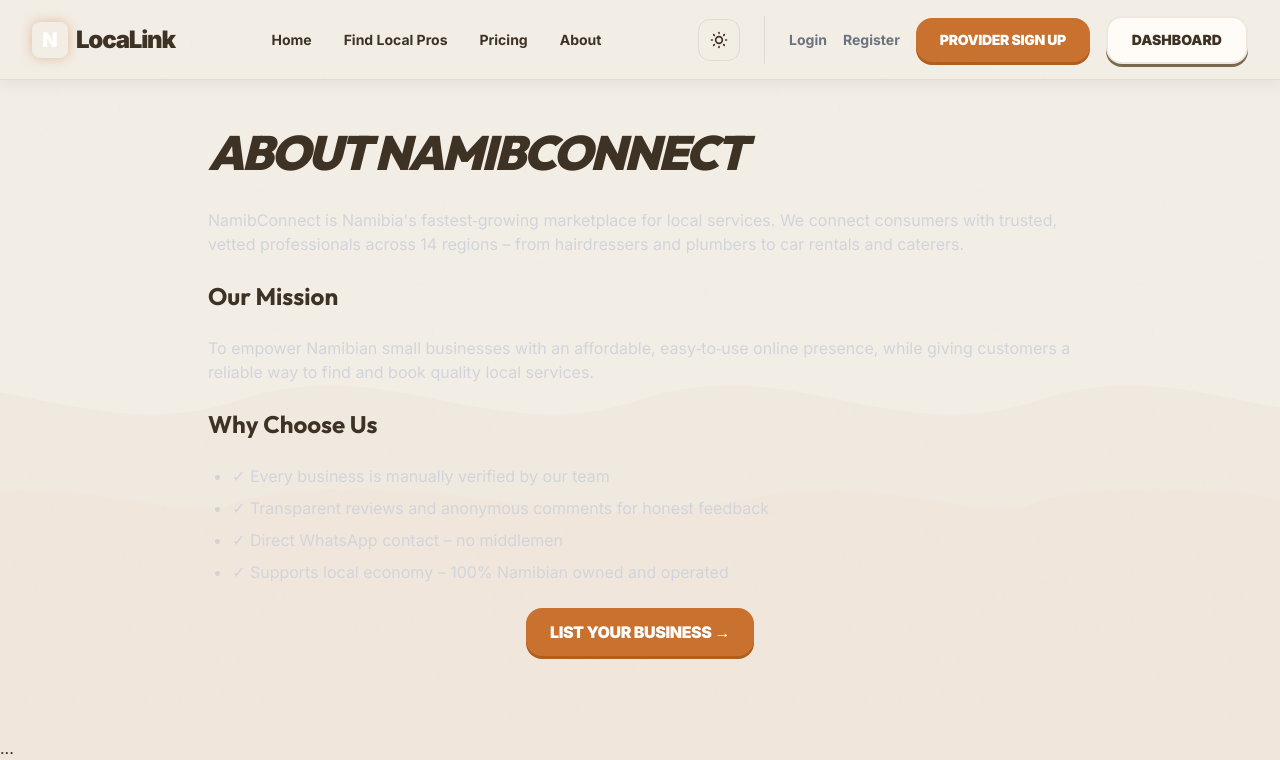
Repository: Paavo12/Localink
Page: frontend/about.html
These files come from the project's save history. The page is drawn as it stood at one moment and after the next save; the edit follows.
The browser window is 1280 px wide. The pictures show the whole page.
Backgrounds fixed to the window are drawn as part of the page. Some web libraries are served in a nearby version.

Above is the page before, as saved 2026-06-12 10:06:20.

### frontend/about.html
<!DOCTYPE html>
<html lang="en">
<head>
  <meta charset="UTF-8">
  <title>About – LocaLink</title>
  <script src="https://cdn.tailwindcss.com"></script>
  <link rel="stylesheet" href="styles.css">
  <script src="script.js" defer></script>
</head>
<body class="bg-[var(--bg-main)] text-[var(--text-main)]">

<nav class="fixed top-0 left-0 right-0 z-50 glass-nav h-20">
  <div class="max-w-7xl mx-auto px-4 sm:px-6 lg:px-8 h-full">
    <div class="flex justify-between h-full items-center">
      <a href="index.html" class="flex items-center gap-2 group">
        <div class="w-9 h-9 bg-accent rounded-lg flex items-center justify-center transition-transform group-hover:rotate-12 shadow-neon">
          <span class="text-white font-display font-black text-xl">N</span>
        </div>
        <span class="font-display font-black text-2xl tracking-tighter text-[var(--text-main)]">LocaLink</span>
      </a>
      <div class="hidden md:flex items-center gap-8">
        <a href="index.html" class="text-sm font-bold HOME_CLASS">Home</a>
        <a href="search.html" class="text-sm font-bold SEARCH_CLASS">Find Local Pros</a>
        <a href="pricing.html" class="text-sm font-bold PRICING_CLASS">Pricing</a>
        <a href="about.html" class="text-sm font-bold ABOUT_CLASS">About</a>
      </div>
      <div class="hidden md:flex items-center gap-6">
        <button id="themeToggle" class="p-2.5 rounded-xl border border-[var(--border-main)] text-[var(--text-main)] hover:bg-[var(--border-main)] transition-all">
          <svg class="w-5 h-5 dark:hidden" fill="none" stroke="currentColor" viewBox="0 0 24 24"><path stroke-linecap="round" stroke-linejoin="round" stroke-width="2" d="M12 3v1m0 16v1m9-9h-1M4 12H3m15.364 6.364l-.707-.707M6.343 6.343l-.707-.707m12.728 0l-.707.707M6.343 17.657l-.707.707M16 12a4 4 0 11-8 0 4 4 0 018 0z"></path></svg>
          <svg class="w-5 h-5 hidden dark:block" fill="none" stroke="currentColor" viewBox="0 0 24 24"><path stroke-linecap="round" stroke-linejoin="round" stroke-width="2" d="M20.354 15.354A9 9 0 018.646 3.646 9.003 9.003 0 0012 21a9.003 9.003 0 008.354-5.646z"></path></svg>
        </button>
        <div class="flex items-center gap-4 border-l border-[var(--border-main)] pl-6">
          <a href="login.html" class="text-sm font-bold text-gray-500 hover:text-[var(--text-main)] transition-colors">Login</a>
          <a href="register.html" class="text-sm font-bold text-gray-500 hover:text-[var(--text-main)] transition-colors">Register</a>
          <a href="register-provider.html" class="btn-primary text-sm">Provider Sign Up</a>
          <a href="dashboard.html" class="btn-secondary text-sm">Dashboard</a>
        </div>
      </div>
      <div class="md:hidden">
        <button id="mobileMenuBtn" class="p-2">
          <svg class="w-6 h-6" fill="none" stroke="currentColor" viewBox="0 0 24 24"><path stroke-linecap="round" stroke-linejoin="round" stroke-width="2" d="M4 6h16M4 12h16M4 18h16"></path></svg>
        </button>
      </div>
    </div>
  </div>
  <div id="mobileMenu" class="hidden md:hidden bg-[var(--card-bg)] border-t border-[var(--border-main)]">
    <div class="px-4 py-6 space-y-4">
      <a href="search.html" class="block text-lg font-medium">Find Services</a>
      <a href="pricing.html" class="block text-lg font-medium">Pricing</a>
      <a href="about.html" class="block text-lg font-medium">About</a>
      <a href="login.html" class="block text-lg font-medium">Login</a>
      <a href="register.html" class="block text-lg font-medium">Register</a>
      <a href="register-provider.html" class="block text-lg font-medium text-accent font-bold">Provider Sign Up</a>
      <a href="dashboard.html" class="block btn-primary text-center">Dashboard</a>
    </div>
  </div>
</nav>

  <main class="pt-32 pb-20 max-w-4xl mx-auto px-4">
    <h1 class="text-5xl font-black uppercase italic tracking-tighter mb-8">About NamibConnect</h1>
    <div class="prose prose-invert max-w-none space-y-6 text-gray-300">
      <p>NamibConnect is Namibia's fastest‑growing marketplace for local services. We connect consumers with trusted, vetted professionals across 14 regions – from hairdressers and plumbers to car rentals and caterers.</p>
      <h2 class="text-2xl font-bold text-[var(--text-main)] mt-8">Our Mission</h2>
      <p>To empower Namibian small businesses with an affordable, easy‑to‑use online presence, while giving customers a reliable way to find and book quality local services.</p>
      <h2 class="text-2xl font-bold text-[var(--text-main)] mt-8">Why Choose Us</h2>
      <ul class="list-disc pl-6 space-y-2">
        <li>✓ Every business is manually verified by our team</li>
        <li>✓ Transparent reviews and anonymous comments for honest feedback</li>
        <li>✓ Direct WhatsApp contact – no middlemen</li>
        <li>✓ Supports local economy – 100% Namibian owned and operated</li>
      </ul>
      <div class="mt-12 text-center"><a href="checkout.html" class="btn-primary">List Your Business →</a></div>
    </div>
  </main>

  <footer>...</footer>
</body>
</html>

### frontend/styles.css
/* styles.css – Warm Earth Theme + Wavy Dune Pattern */
@import url('https://fonts.googleapis.com/css2?family=Inter:opsz,wght@14..32,100..900&family=Outfit:wght@100..900&display=swap');

/* ========== LIGHT MODE (Muted Warm Beige – Easy on Eyes) ========== */
:root {
  --bg-main: #f2ede5;
  --bg-card: #fffcf8;
  --bg-nav: rgba(242, 237, 229, 0.96);
  --text-main: #3d3224;
  --text-muted: #7a684f;
  --border-main: rgba(120, 80, 50, 0.12);
  --accent-color: #c9712e;
  --accent-hover: #b05e1c;
  --accent-light: rgba(201, 113, 46, 0.12);
  --shadow: 0 6px 14px rgba(0, 0, 0, 0.05);
}

/* ========== DARK MODE (Warm Charcoal + Amber) ========== */
.dark {
  --bg-main: #1a1712;
  --bg-card: #2c2822;
  --bg-nav: rgba(26, 23, 18, 0.96);
  --text-main: #f0e6d8;
  --text-muted: #c9b58a;
  --border-main: rgba(193, 106, 43, 0.25);
  --accent-color: #e68a2e;
  --accent-hover: #f09d48;
  --accent-light: rgba(230, 138, 46, 0.15);
  --shadow: 0 8px 20px rgba(0, 0, 0, 0.3);
}

/* ========== BASE STYLES WITH WAVY DUNE PATTERN ========== */
body {
  background-color: var(--bg-main);
  /* Wavy dune SVG pattern – very subtle, repeats */
  background-image: url("data:[embedded picture, 349 characters]");
  background-repeat: repeat;
  background-size: 800px 800px;
  background-attachment: fixed;
  color: var(--text-main);
  transition: background-color 0.3s, color 0.3s;
  font-family: 'Inter', sans-serif;
}

h1, h2, h3, h4, h5, h6 {
  font-family: 'Outfit', sans-serif;
}

/* Navigation */
.glass-nav {
  background-color: var(--bg-nav);
  backdrop-filter: blur(12px);
  border-bottom: 1px solid var(--border-main);
  box-shadow: var(--shadow);
}

/* Cards */
.bg-\[var\(--card-bg\)\], .card,
.border-\[var\(--border-main\)\] {
  transition: background-color 0.2s, border-color 0.2s;
}

/* Search bar */
.bold-search {
  display: flex;
  align-items: center;
  background-color: var(--bg-card);
  border: 2px solid var(--border-main);
  border-radius: 1.5rem;
  box-shadow: 4px 4px 0 0 rgba(201, 113, 46, 0.08);
  transition: all 0.2s;
}
.bold-search:focus-within {
  box-shadow: 6px 6px 0 0 rgba(201, 113, 46, 0.12);
}

/* Buttons */
.btn-primary {
  background-color: var(--accent-color);
  color: white;
  padding: 0.75rem 1.5rem;
  border-radius: 1rem;
  font-weight: 900;
  text-transform: uppercase;
  letter-spacing: -0.025em;
  transition: all 0.2s;
  box-shadow: 0 3px 0 var(--accent-hover);
  display: inline-block;
  text-align: center;
}
.btn-primary:hover {
  background-color: var(--accent-hover);
  transform: translateY(-2px);
  box-shadow: 0 1px 0 var(--accent-hover);
}

.btn-secondary {
  background-color: var(--bg-card);
  border: 2px solid var(--border-main);
  color: var(--text-main);
  padding: 0.75rem 1.5rem;
  border-radius: 1rem;
  font-weight: 900;
  text-transform: uppercase;
  transition: all 0.2s;
  box-shadow: 0 3px 0 var(--text-muted);
  display: inline-block;
  text-align: center;
}
.btn-secondary:hover {
  transform: translateY(-2px);
  box-shadow: 0 1px 0 var(--text-muted);
}

.shadow-neon {
  box-shadow: 0 0 12px rgba(201, 113, 46, 0.4);
}

.badge-verified {
  background-color: var(--accent-light);
  color: var(--accent-color);
  font-size: 0.625rem;
  font-weight: 900;
  padding: 0.25rem 0.5rem;
  border-radius: 9999px;
  text-transform: uppercase;
  letter-spacing: 0.05em;
}

.transition-all {
  transition-property: all;
  transition-timing-function: cubic-bezier(0.4, 0, 0.2, 1);
  transition-duration: 0.2s;
}

/* Forms */
.quote-form input, .quote-form textarea,
input, textarea, select {
  background-color: var(--bg-card);
  border: 1px solid var(--border-main);
  border-radius: 1rem;
  padding: 0.75rem 1rem;
  color: var(--text-main);
  font-weight: 500;
  width: 100%;
}
.quote-form input:focus, .quote-form textarea:focus,
input:focus, textarea:focus, select:focus {
  outline: none;
  border-color: var(--accent-color);
  box-shadow: 0 0 0 2px var(--accent-light);
}

input[type="time"] {
  appearance: none;
  -webkit-appearance: none;
  background-color: var(--bg-card);
  color: var(--text-main);
  border: 1px solid var(--border-main);
  border-radius: 0.75rem;
  padding: 0.5rem;
  font-family: inherit;
}
input[type="time"]::-webkit-calendar-picker-indicator {
  filter: invert(0.5);
  cursor: pointer;
}
.dark input[type="time"]::-webkit-calendar-picker-indicator {
  filter: invert(0.8);
}

/* Optional: subtle noise texture (keeps warm feel) */
body::after {
  content: '';
  position: fixed;
  top: 0;
  left: 0;
  width: 100%;
  height: 100%;
  pointer-events: none;
  background-image: url("data:[embedded picture, 306 characters]");
  background-repeat: repeat;
  z-index: 9999;
  pointer-events: none;
  opacity: 0.35;
}

Loaded but not shown: frontend/script.js (710 lines, source omitted)

After the next save:
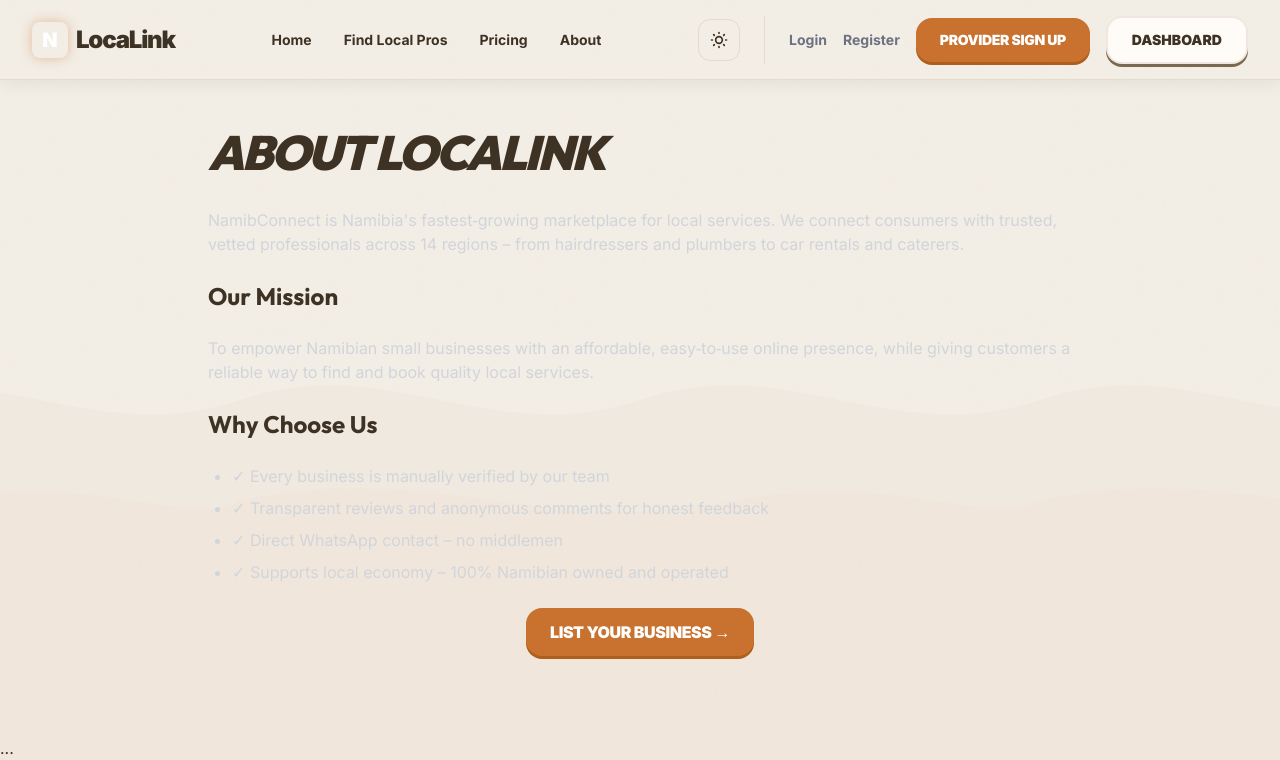
Saved 9 s later.
--- a/frontend/about.html
+++ b/frontend/about.html
@@ -57,7 +57,7 @@
 </nav>
 
   <main class="pt-32 pb-20 max-w-4xl mx-auto px-4">
-    <h1 class="text-5xl font-black uppercase italic tracking-tighter mb-8">About NamibConnect</h1>
+    <h1 class="text-5xl font-black uppercase italic tracking-tighter mb-8">About LocaLink</h1>
     <div class="prose prose-invert max-w-none space-y-6 text-gray-300">
       <p>NamibConnect is Namibia's fastest‑growing marketplace for local services. We connect consumers with trusted, vetted professionals across 14 regions – from hairdressers and plumbers to car rentals and caterers.</p>
       <h2 class="text-2xl font-bold text-[var(--text-main)] mt-8">Our Mission</h2>
